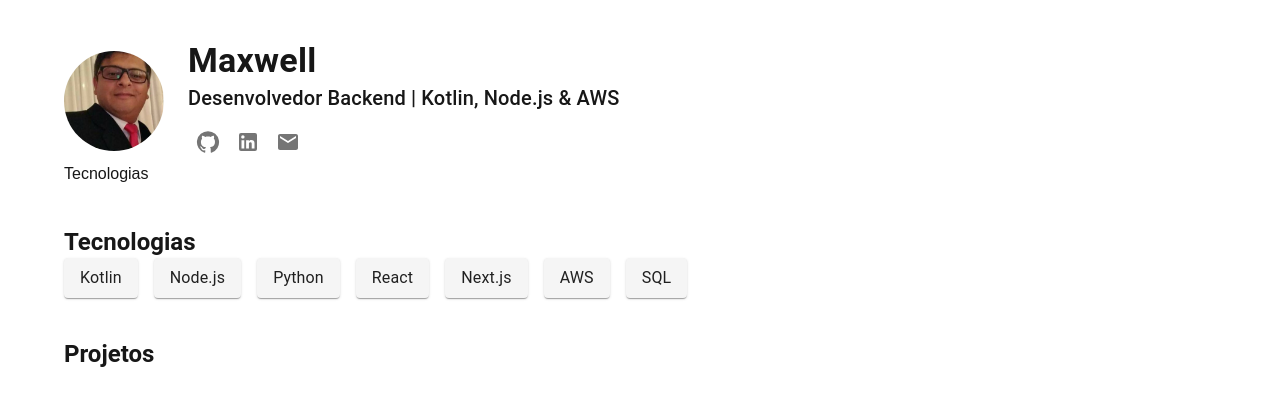
Repository: maxwelllbarboza/pagina-pessoal
Page: /
The author's editor kept a copy of each file at every save. The page is drawn from the files as they stood at one save, then again after a run of saves.
The browser window is 1280 px wide. The pictures show the whole page.
The project was rebuilt for these pictures with package versions that can differ from the ones it lists, and the page was loaded fresh each time. The framework's server and built-in components were replaced by stand-ins that run in the browser. Also part of the build but not shown: next.config.mjs, next.config.ts.

Above is the page before, as saved 2025-02-27 08:50:44.

### src/app/page.tsx
import { Container, Typography, Card, Avatar, Box, IconButton } from '@mui/material';
import { GitHub, LinkedIn, Email } from '@mui/icons-material';
import Grid from '@mui/material/Grid2';
import { motion } from 'framer-motion';

const skills = ['Kotlin', 'Node.js', 'Python', 'React', 'Next.js', 'AWS', 'SQL'];

const projects = [
  { title: 'Sistema de Frete', description: 'Gerenciamento de transportes e pagamentos.', image: '/frete.png' },
  { title: 'Naval Battle Game', description: 'Jogo de batalha naval interativo.', image: '/naval.png' },
  { title: 'Sistema de Estoque', description: 'Gestão de bebidas e inventário.', image: '/estoque.png' }
];

export default function Home() {
  return (
    <Container maxWidth="lg" sx={{ mt: 5 }}>
    {/* Sobre Mim */}
    <Box display="flex" alignItems="center" gap={3}>
      <Avatar src="/maxwell.jpg" sx={{ width: 100, height: 100 }} />
      <Box>
        <Typography variant="h4" component="h1" fontWeight="bold">Maxwell</Typography>
        <Typography variant="h6">Desenvolvedor Backend | Kotlin, Node.js & AWS</Typography>
        <Box mt={1}>
          <IconButton href="https://github.com/maxwell" target="_blank"><GitHub /></IconButton>
          <IconButton href="https://linkedin.com/in/maxwell" target="_blank"><LinkedIn /></IconButton>
          <IconButton href="mailto:maxwell@email.com"><Email /></IconButton>
        </Box>
      </Box>
    </Box>

    Tecnologias
    <Typography variant="h5" mt={5} fontWeight="bold">Tecnologias</Typography>

    <Box sx={{ flexGrow: 1 }}>
      <Grid container spacing={{ xs: 2 }} columns={{ xs: 4, sm: 8, md: 12 }}>
        {skills.map((skill, index) => (
          <Grid key={index} xs={2} sm={4} md={4}>
            <motion.div whileHover={{ scale: 1.1 }}>
              <Card sx={{ px: 2, py: 1, textAlign: 'center', backgroundColor: '#f5f5f5' }}>
                <Typography variant="body1">{skill}</Typography>
              </Card>
            </motion.div>
          </Grid>
        ))}
      </Grid>
    </Box>


    {/* Projetos */}
    <Typography variant="h5" mt={5} fontWeight="bold">Projetos</Typography>

    {/* <Grid container spacing={3} mt={2}>

      {projects.map((project, index) => (
        <Grid  key={index}>
          <motion.div whileHover={{ scale: 1.05 }}>
            <Card>
              <CardMedia component="img" height="140" image={project.image} alt={project.title} />
              <CardContent>
                <Typography variant="h6" fontWeight="bold">{project.title}</Typography>
                <Typography variant="body2">{project.description}</Typography>
              </CardContent>
            </Card>
          </motion.div>
        </Grid>
      ))}
    </Grid> */}
  </Container>
  );
}

Loaded but not shown: src/app/layout.tsx (common file); src/app/globals.css (common file)

After the next 4 saves:
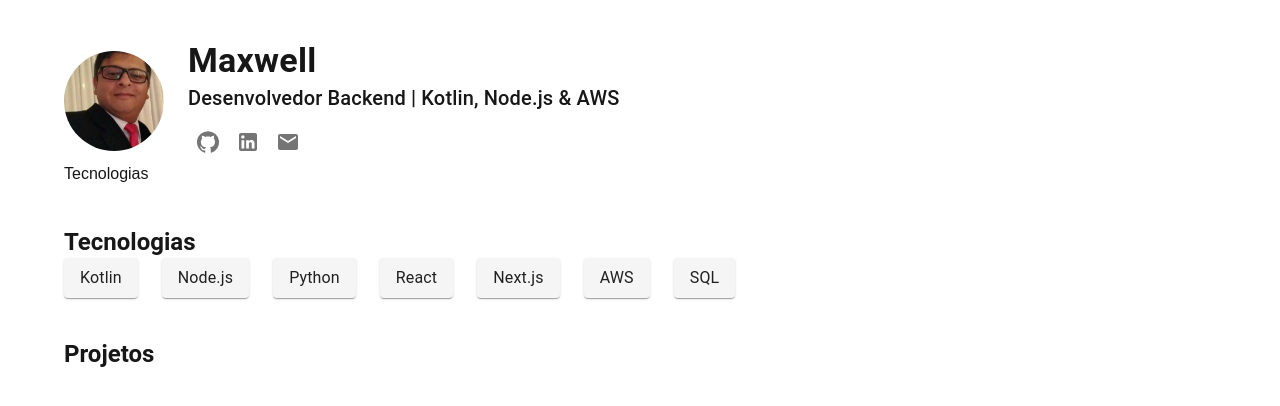
The 4 saves are shown as one change because 1 did not build or start and some came seconds apart.
The last was saved 38 s later.
--- a/src/app/page.tsx
+++ b/src/app/page.tsx
@@ -32,7 +32,7 @@ export default function Home() {
     <Typography variant="h5" mt={5} fontWeight="bold">Tecnologias</Typography>
 
     <Box sx={{ flexGrow: 1 }}>
-      <Grid container spacing={{ xs: 2 }} columns={{ xs: 4, sm: 8, md: 12 }}>
+      <Grid container spacing={{ xs: 2, md:3 }} columns={{ xs: 4, sm: 8, md: 12 }}>
         {skills.map((skill, index) => (
           <Grid key={index} xs={2} sm={4} md={4}>
             <motion.div whileHover={{ scale: 1.1 }}>
